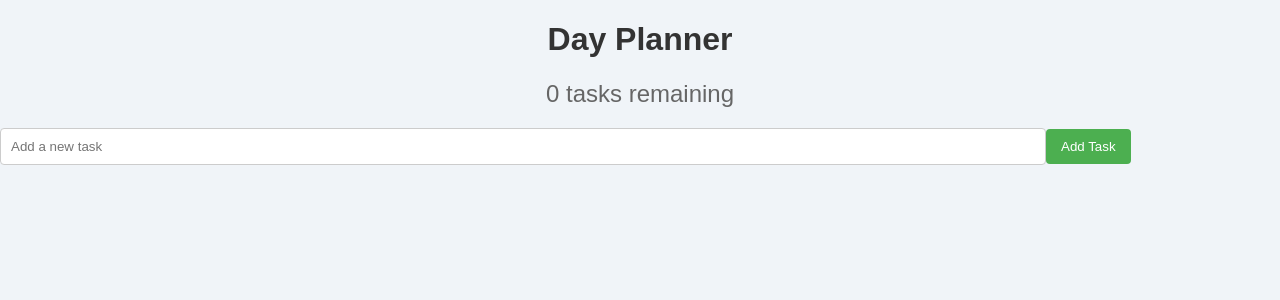
Repository: madelinestruthers/shema-lab04
Page: /
These files come from the project's save history. The page is drawn as it stood at one moment and after a run of saves; the edit follows.
The browser window is 1280 px wide. The pictures show the whole page.
The project was rebuilt for these pictures with package versions that can differ from the ones it lists, and the page was loaded fresh each time. Also part of the build but not shown: src/components/Task.jsx.

Above is the page before, as saved 2024-10-20 19:53:16.

### src/index.css
/* src/index.css */
body {
  font-family: Arial, sans-serif;
  background-color: #f0f4f8;
  margin: 0;
  padding: 0;
}

.app-container {
  width: 80%;
  max-width: 600px;
  margin: 50px auto;
  background-color: #fff;
  padding: 20px;
  border-radius: 8px;
  box-shadow: 0 4px 8px rgba(0, 0, 0, 0.1);
}

h1 {
  text-align: center;
  color: #333;
}

h2 {
  text-align: center;
  color: #666;
  font-weight: normal;
}

.task-list {
  margin-top: 20px;
}

.task-item {
  display: flex;
  justify-content: space-between;
  align-items: center;
  background-color: #f9f9f9;
  padding: 10px;
  border-radius: 4px;
  margin-bottom: 10px;
  border: 1px solid #e0e0e0;
}

.task-item.completed {
  background-color: #d1f7c4;
  text-decoration: line-through;
}

.task-item button {
  background-color: #ff4d4d;
  color: white;
  border: none;
  padding: 5px 10px;
  border-radius: 4px;
  cursor: pointer;
}

.task-item button:hover {
  background-color: #ff3333;
}

input[type="text"] {
  width: 80%;
  padding: 10px;
  border: 1px solid #ccc;
  border-radius: 4px;
}

button {
  background-color: #4caf50;
  color: white;
  border: none;
  padding: 10px 15px;
  border-radius: 4px;
  cursor: pointer;
}

button:hover {
  background-color: #45a049;
}


code {
  font-family: source-code-pro, Menlo, Monaco, Consolas, 'Courier New',
    monospace;
}

### src/App.jsx
// src/App.js
import React, { useState } from 'react';
import Task from './components/Task';
import TaskForm from './components/TaskForm';

function App() {
  const [tasks, setTasks] = useState([]);

  // Function to add a new task
  const addTask = (taskText) => {
    const newTask = {
      id: Date.now(),
      text: taskText,
      completed: false
    };
    setTasks([...tasks, newTask]);
  };

  // Function to toggle the task's completion status
  const toggleComplete = (taskId) => {
    setTasks(tasks.map(task =>
      task.id === taskId ? { ...task, completed: !task.completed } : task
    ));
  };

  // Function to delete a task
  const deleteTask = (taskId) => {
    setTasks(tasks.filter(task => task.id !== taskId));
  };

  // Count pending tasks
  const remainingTasks = tasks.filter(task => !task.completed).length;

  return (
    <div>
      <h1>Day Planner</h1>
      <h2>{remainingTasks} tasks remaining</h2>

      <TaskForm addTask={addTask} />

      <div>
        {tasks.map(task => (
          <Task
            key={task.id}
            task={task}
            toggleComplete={toggleComplete}
            deleteTask={deleteTask}
          />
        ))}
      </div>
    </div>
  );
}

export default App;

### src/components/TaskForm.jsx
// src/components/TaskForm.js
import React, { useState } from 'react';

const TaskForm = ({ addTask }) => {
  const [taskText, setTaskText] = useState('');

  const handleSubmit = (e) => {
    e.preventDefault();
    if (!taskText.trim()) return;
    addTask(taskText);
    setTaskText(''); // Clear input after submitting
  };

  return (
    <form onSubmit={handleSubmit}>
      <input
        type="text"
        value={taskText}
        onChange={(e) => setTaskText(e.target.value)}
        placeholder="Add a new task"
      />
      <button type="submit">Add Task</button>
    </form>
  );
};

export default TaskForm;

Loaded but not shown: public/index.html (common file); src/index.js (common file)

After the next 2 saves:
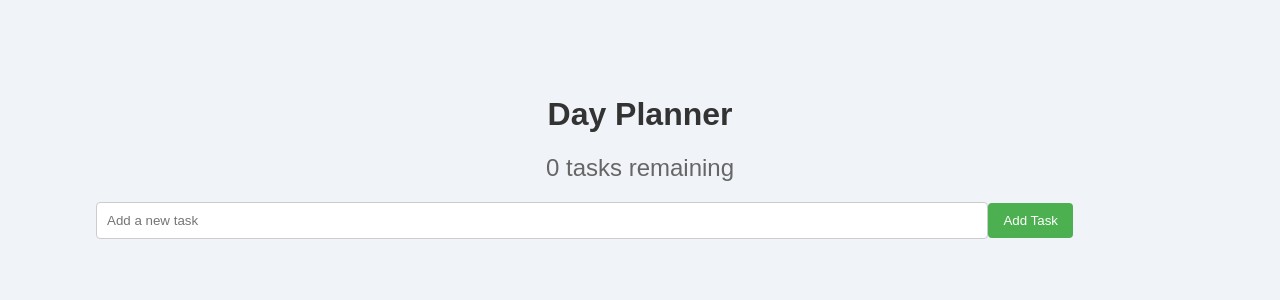
The 2 saves are shown as one change because they came seconds apart.
The last was saved 21 s later.
--- a/src/index.css
+++ b/src/index.css
@@ -2,7 +2,7 @@
 body {
   font-family: Arial, sans-serif;
   background-color: #f0f4f8;
-  margin: 0;
+  margin: 6rem;
   padding: 0;
 }
 
